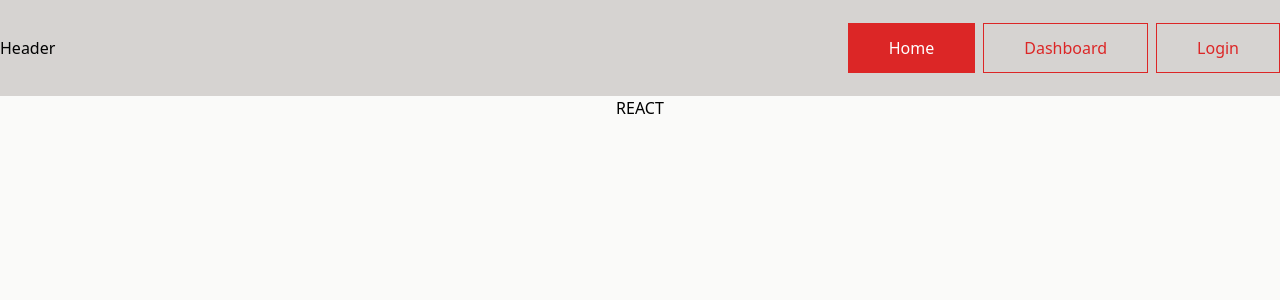
Repository: XavierOtavio/Cuzinhas
Page: /
The author's editor kept a copy of each file at every save. The page is drawn from the files as they stood at one save, then again after the next save.
The browser window is 1280 px wide. The pictures show the whole page.
The project was rebuilt for these pictures with package versions that can differ from the ones it lists, and the page was loaded fresh each time. Also part of the build but not shown: src/components/Dashboard.js.

Above is the page before, as saved 2023-03-08 12:28:16.

### src/App.js
import { BrowserRouter, Route, Routes } from "react-router-dom";
import logo from "./logo.svg";
import "./App.css";
import Header from "./components/Header";
import Dashboard from "./components/Dashboard";

function App() {
  return (
    <div className="App">
      <Routes>
        <Route
          path="/"
          element={
            <div className="bg-stone-50 h-screen">
              <Header />
              REACT
            </div>
          }
        />
        <Route path="/dashboard" element={<Dashboard />} />
      </Routes>
    </div>
  );
}

export default App;

### src/components/Header.js
import React from "react";
import { Link } from "react-router-dom";

function Header() {
  return (
    <div className="bg-stone-300 h-24 justify-center items-center flex">
      <h1>Header</h1>
      <div className="w-full flex align-baseline justify-end m">
        <Link to="/">
          <button class="block border border-red-600 bg-red-600 px-10 py-3 text-white ml-2 font-medium">
            Home
          </button>
        </Link>
        <Link to="/dashboard">
          <button class="block border border-red-600 bg-stone-300 px-10 py-3 text-red-600 ml-2 font-medium">
            Dashboard
          </button>
        </Link>
        <Link to="/login">
          <button class="block border border-red-600 bg-stone-300 px-10 py-3 text-red-600 ml-2 font-medium">
            Login
          </button>
        </Link>
      </div>
    </div>
  );
}

export default Header;

Loaded but not shown: public/index.html (common file); src/index.js (common file); src/index.css (common file); src/reportWebVitals.js (common file); src/App.css (common file); tailwind.config.js (common file)

After the next save:
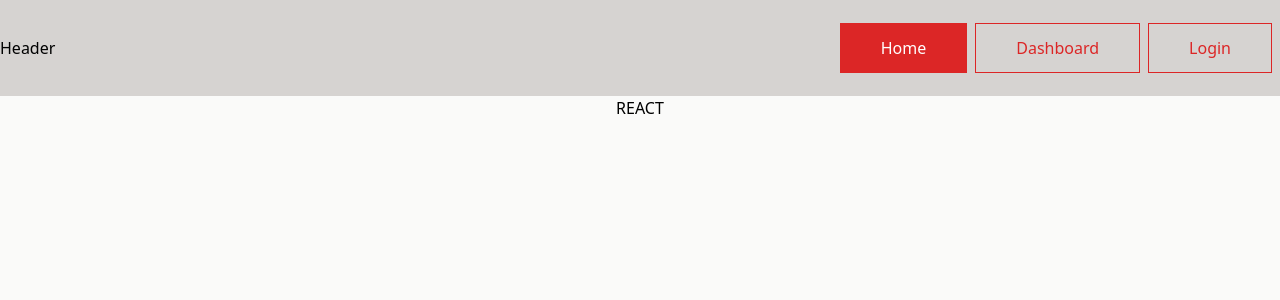
Saved 6 s later.
--- a/src/components/Header.js
+++ b/src/components/Header.js
@@ -5,7 +5,7 @@
   return (
     <div className="bg-stone-300 h-24 justify-center items-center flex">
       <h1>Header</h1>
-      <div className="w-full flex align-baseline justify-end m">
+      <div className="w-full flex align-baseline justify-end ml-2 mr-2">
         <Link to="/">
           <button class="block border border-red-600 bg-red-600 px-10 py-3 text-white ml-2 font-medium">
             Home

After the save that followed:
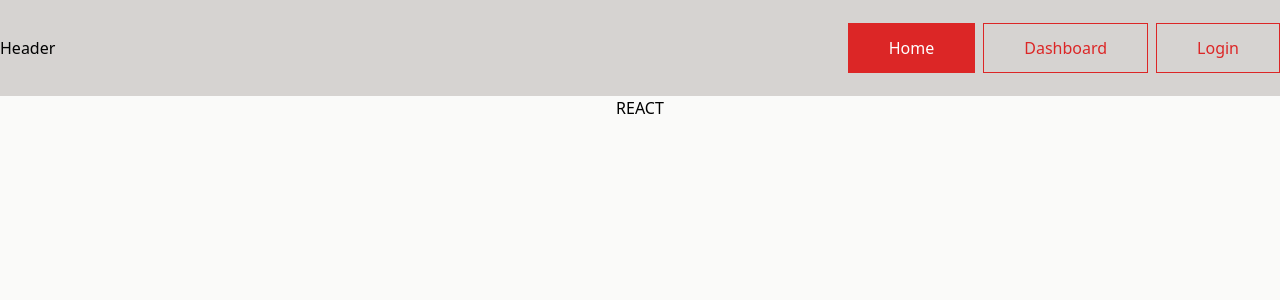
Saved 6 s later.
--- a/src/components/Header.js
+++ b/src/components/Header.js
@@ -5,7 +5,7 @@
   return (
     <div className="bg-stone-300 h-24 justify-center items-center flex">
       <h1>Header</h1>
-      <div className="w-full flex align-baseline justify-end ml-2 mr-2">
+      <div className="w-full flex align-baseline justify-end my-2">
         <Link to="/">
           <button class="block border border-red-600 bg-red-600 px-10 py-3 text-white ml-2 font-medium">
             Home
